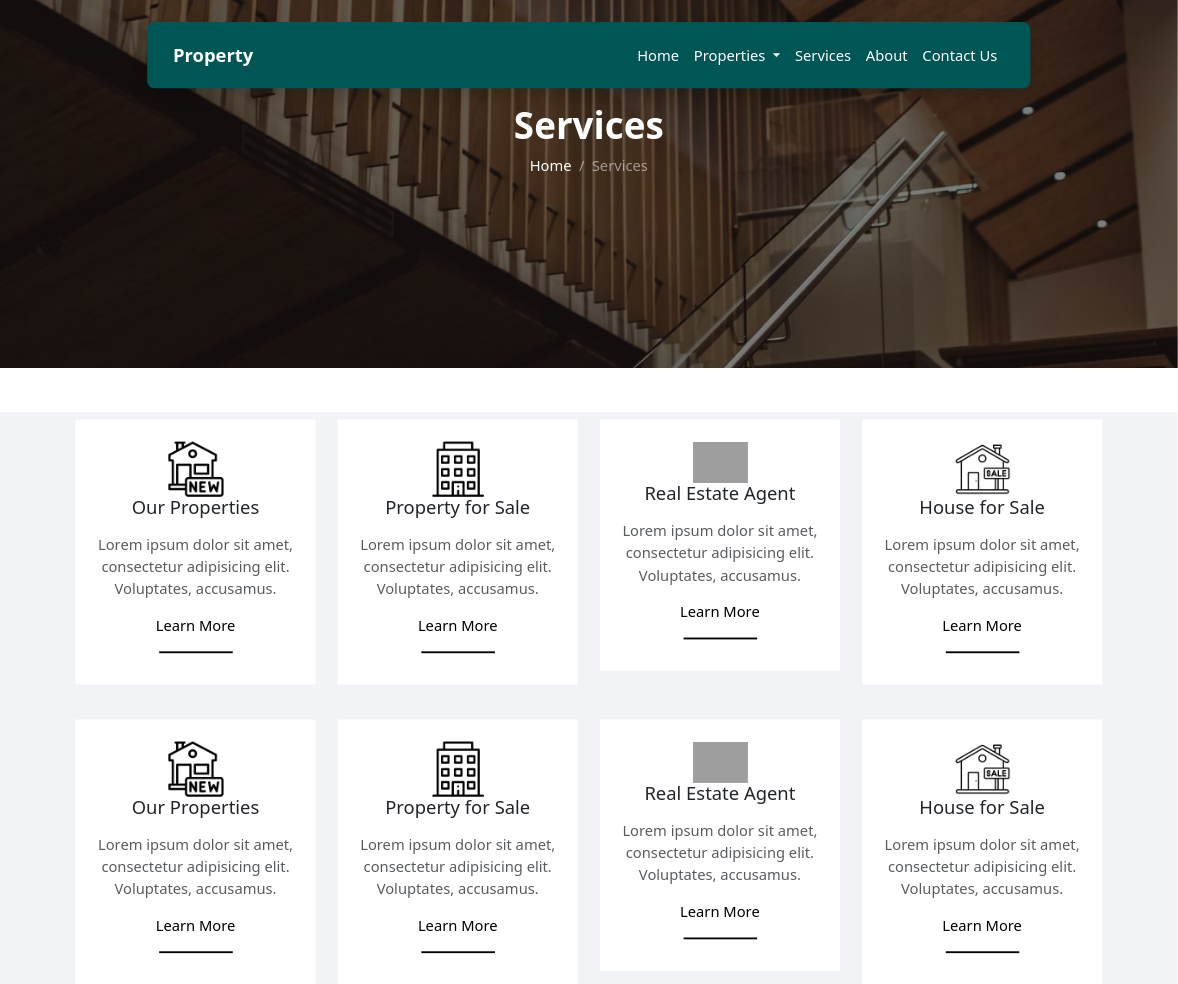
Repository: sameerrrrkhan911-git/Property
Page: service.html
An editor plug-in stored every save of this project. The page is shown before and after the next save, followed by the edit.
The browser window is 1280 px wide. The pictures show the whole page, at 92% of full size.
Pictures or frames that could not be fetched are drawn as grey boxes. Some web libraries are served in a nearby version.

Above is the page before, as saved 2025-09-28 16:24:40.

After the next save:
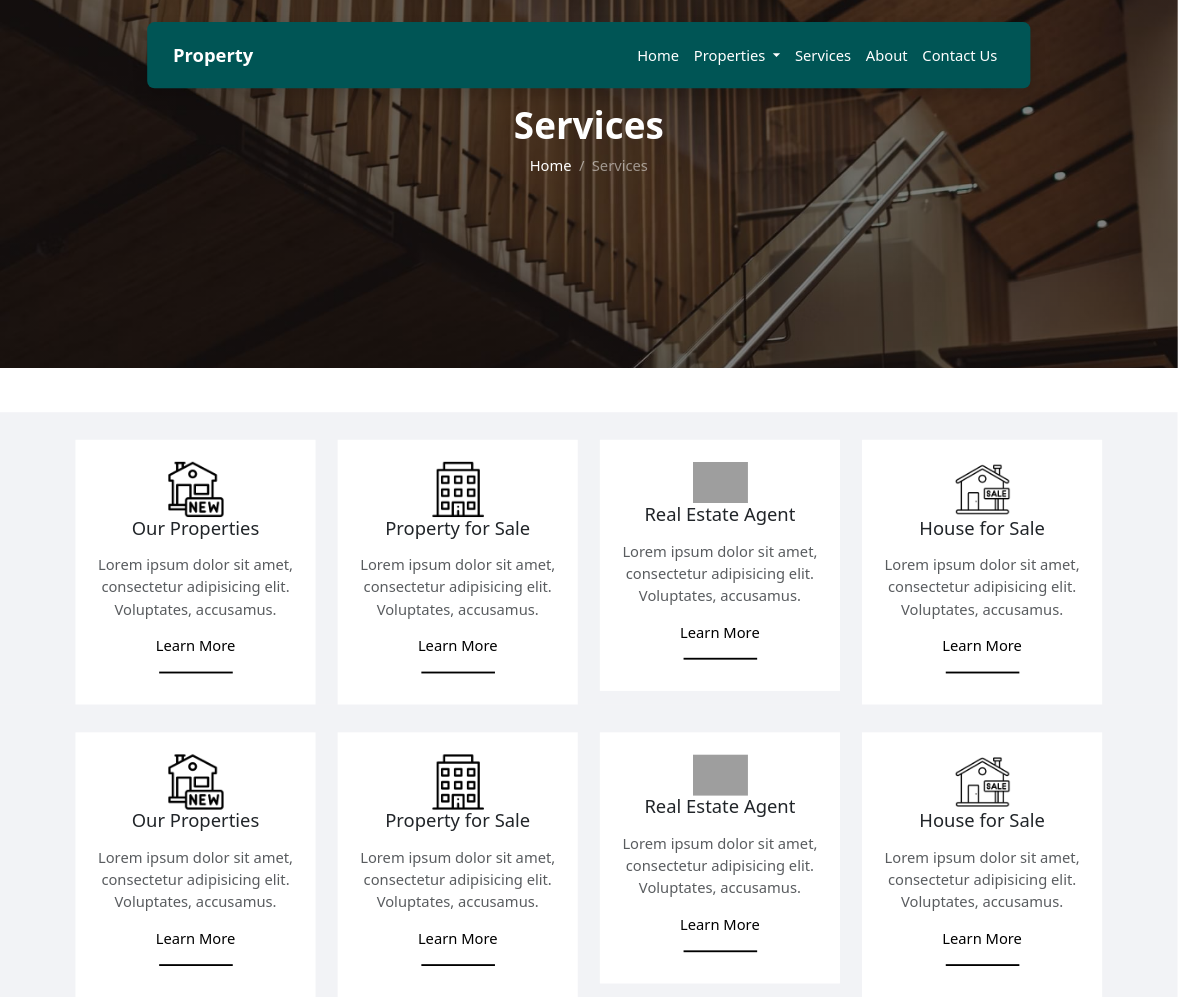
Saved 7 s later.
--- a/service.html
+++ b/service.html
@@ -95,7 +95,7 @@
 
 <!-- Features -->
 
-    <section class="features-1 py-2">
+    <section class="features-1 ">
       <div class="container">
         <div class="row g-4">
 
